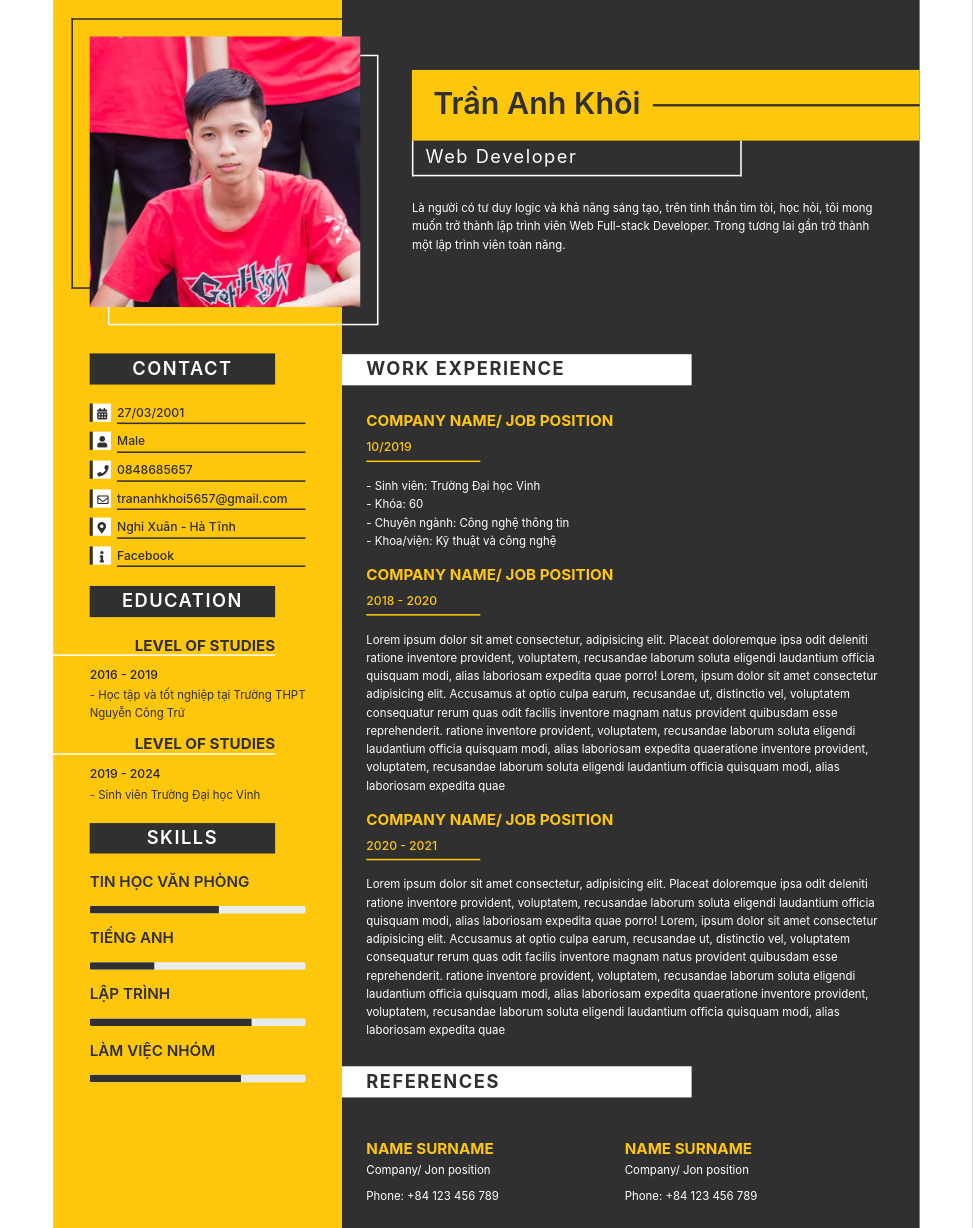
Repository: khoitadev/myCV
Page: index.html
An editor plug-in stored every save of this project. The page is shown before and after the next save, followed by the edit.
The browser window is 1280 px wide. The pictures show the whole page, at 76% of full size.
Some web libraries are served in a nearby version.

Above is the page before, as saved 2022-02-11 22:51:16.

After the next save:
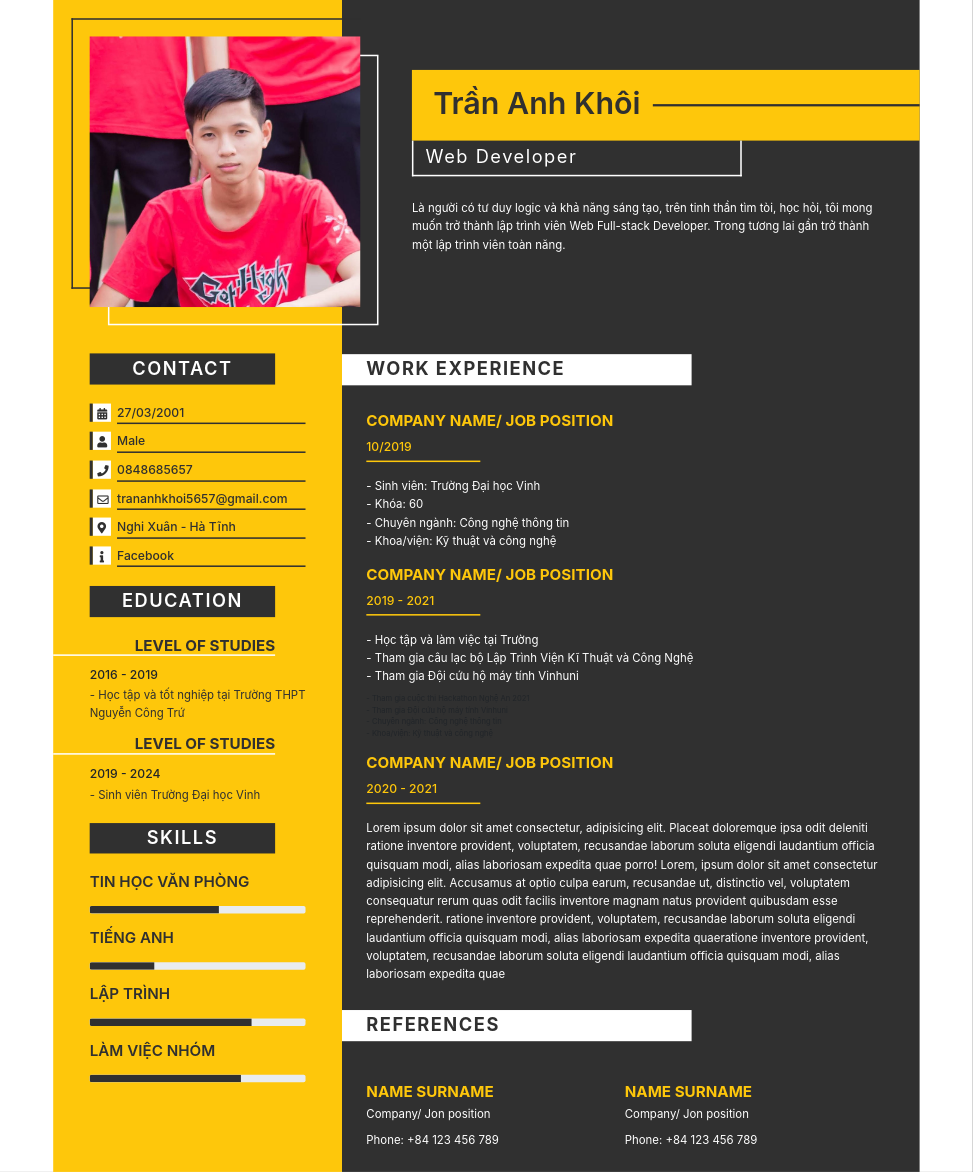
Saved 3 min 18 s later.
--- a/index.html
+++ b/index.html
@@ -124,9 +124,15 @@
           - Khoa/viện: Kỹ thuật và công nghệ
           </p>
           <h3 class="work__heading">COMPANY NAME/ JOB POSITION</h3>
-          <h4 class="work__title">2018 - 2020</h4>
-          <p class="text-toright">Lorem ipsum dolor sit amet consectetur, adipisicing elit. Placeat doloremque ipsa odit deleniti ratione inventore provident, voluptatem, recusandae laborum soluta eligendi laudantium officia quisquam modi, alias laboriosam expedita quae porro!
-            Lorem, ipsum dolor sit amet consectetur adipisicing elit. Accusamus at optio culpa earum, recusandae ut, distinctio vel, voluptatem consequatur rerum quas odit facilis inventore magnam natus provident quibusdam esse reprehenderit. ratione inventore provident, voluptatem, recusandae laborum soluta eligendi laudantium officia quisquam modi, alias laboriosam expedita quaeratione inventore provident, voluptatem, recusandae laborum soluta eligendi laudantium officia quisquam modi, alias laboriosam expedita quae
+          <h4 class="work__title">2019 - 2021</h4>
+          <p class="text-toright">
+            - Học tập và làm việc tại Trường <br>
+            - Tham gia câu lạc bộ Lập Trình Viện Kĩ Thuật và Công Nghệ <br>
+            - Tham gia Đội cứu hộ máy tính Vinhuni</p>
+            - Tham gia cuộc thi Hackathon Nghệ An 2021 <br>
+            - Tham gia Đội cứu hộ máy tính Vinhuni <br>
+            - Chuyên ngành: Công nghệ thông tin <br>
+            - Khoa/viện: Kỹ thuật và công nghệ
           </p>
           <h3 class="work__heading">COMPANY NAME/ JOB POSITION</h3>
           <h4 class="work__title">2020 - 2021</h4>
